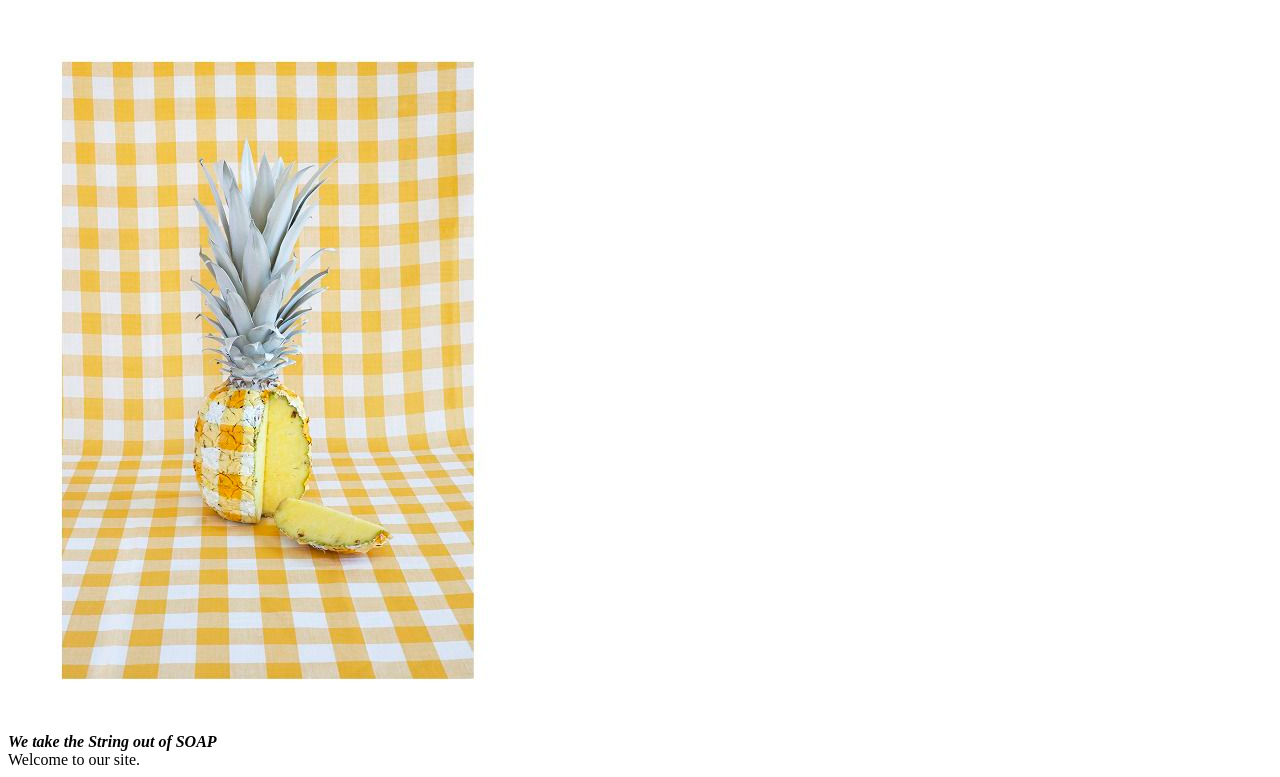
Repository: Freshield/GAEJSP
Page: http://localhost/Chp10.1/Header.jsp
These files come from the project's save history. The page is drawn as it stood at one moment and after a run of saves; the edit follows.
The browser window is 1280 px wide. The pictures show the whole page.
The page is served by Tomcat 9.

Above is the page before, as saved 2016-04-01 20:43:58.

After the next 3 saves:
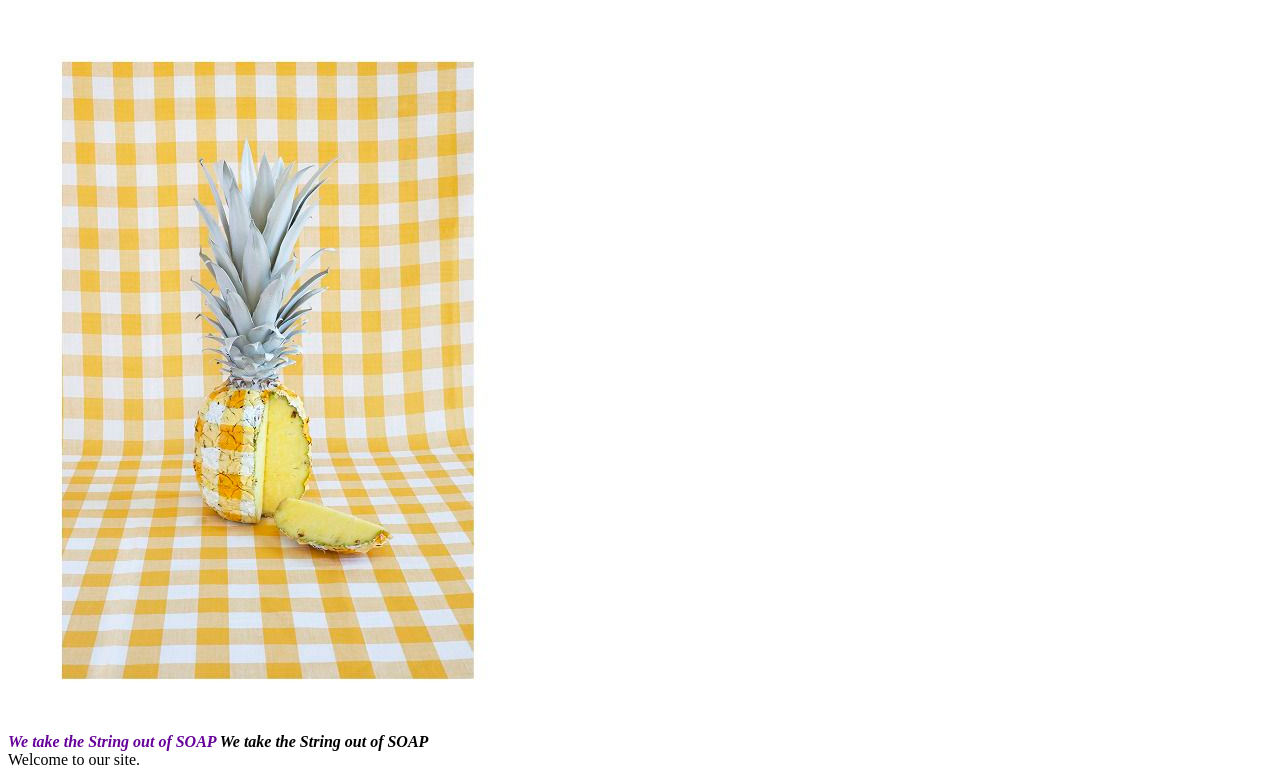
The 3 saves are shown as one change because 2 did not build or start.
The last was saved 3 min 2 s later.
--- a/real-headfirst/Chp10.1/WebContent/Header.jsp
+++ b/real-headfirst/Chp10.1/WebContent/Header.jsp
@@ -8,7 +8,7 @@
 <title>Insert title here</title>
 </head>
 <body>
-	<myTags:Header>
+	<myTags:Header fontColor="#660099">
 		We take the String out of SOAP
 	</myTags:Header>
 	Welcome to our site.
--- a/real-headfirst/Chp10.1/WebContent/WEB-INF/tags/Header.tag
+++ b/real-headfirst/Chp10.1/WebContent/WEB-INF/tags/Header.tag
@@ -1,3 +1,4 @@
-
+<%@ attribute name="fontColor" required="true"%>
+<%@ tag body-content="tagdependent" %>
 <img alt="services_img" src="images/Web-Services.jpg"><br>
-<em><strong><jsp:doBody/></strong></em><br>
+<em><strong><font color="${ fontColor }"><jsp:doBody/></font><jsp:doBody></jsp:doBody></strong></em><br>
